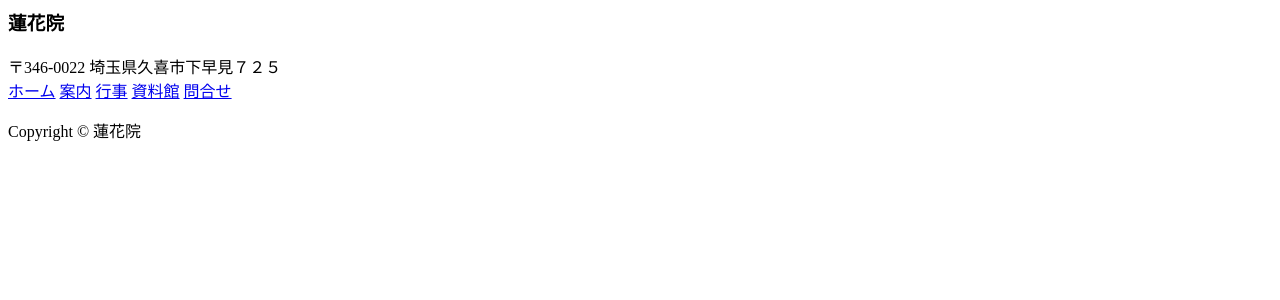
Repository: owl-onoueip/rengein-website
Page: footer.html
An editor plug-in stored every save of this project. The page is shown before and after the next save, followed by the edit.
The browser window is 1280 px wide. The pictures show the whole page.

Above is the page before, as saved 2025-03-10 11:37:45.

### footer.html
<footer>
    <div class="container">
        <div class="footer-content">
            <div class="footer-info">
                <h3 class="footer-title">蓮花院</h3>
                <div class="footer-address">〒346-0022 埼玉県久喜市下早見７２５</div>
            </div>
            <div class="footer-links">
                <a href="index.html"><i class="fas fa-home"></i>ホーム</a>
                <a href="about.html"><i class="fas fa-info-circle"></i>案内</a>
                <a href="events.html"><i class="fas fa-calendar-alt"></i>行事</a>
                <a href="museum.html"><i class="fas fa-landmark"></i>資料館</a>
                <a href="contact.html"><i class="fas fa-envelope"></i>問合せ</a>
            </div>
        </div>
        <div class="footer-copyright">
            <p>Copyright &copy; 蓮花院</p>
        </div>
    </div>
</footer>

After the next save:
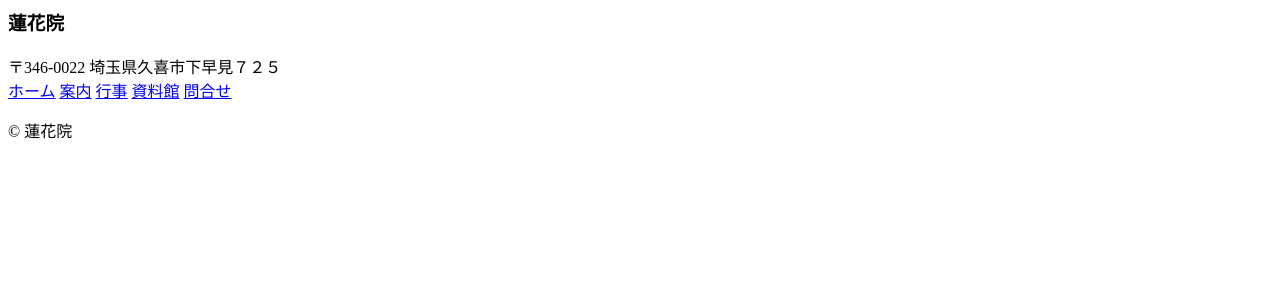
Saved 107 min 45 s later.
--- a/footer.html
+++ b/footer.html
@@ -14,7 +14,7 @@
             </div>
         </div>
         <div class="footer-copyright">
-            <p>Copyright &copy; 蓮花院</p>
+            <p>&copy; 蓮花院</p>
         </div>
     </div>
 </footer>

After the save that followed:
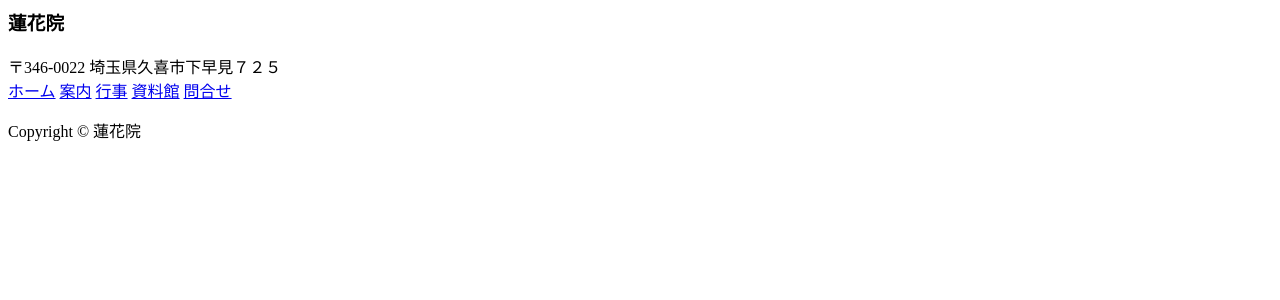
Saved 2 min 1 s later.
--- a/footer.html
+++ b/footer.html
@@ -14,7 +14,7 @@
             </div>
         </div>
         <div class="footer-copyright">
-            <p>&copy; 蓮花院</p>
+            <p>Copyright &copy; 蓮花院</p>
         </div>
     </div>
 </footer>
